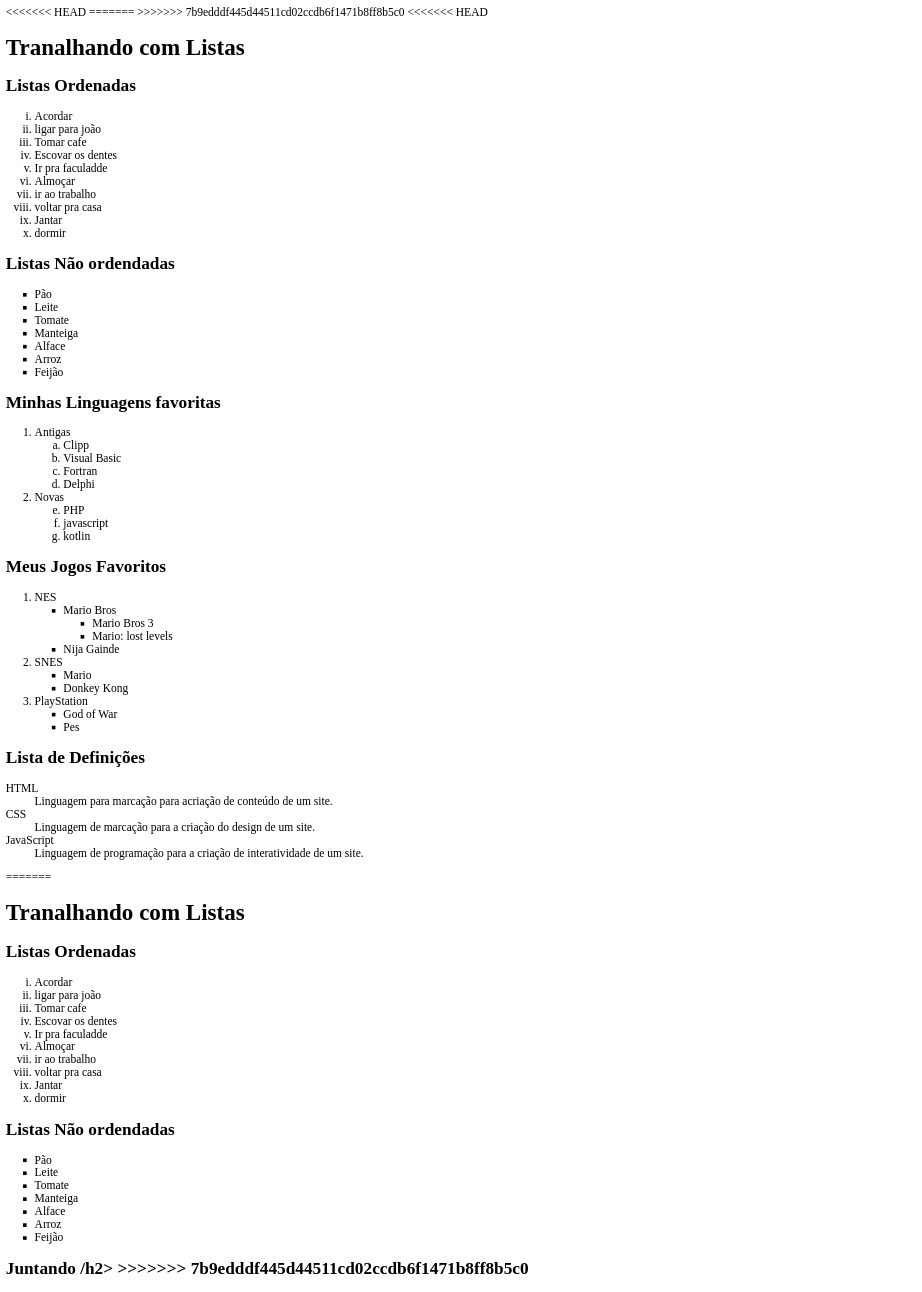
Repository: pheonix5/Estudo
Page: html-css/exercicios/ex009/index.html
These files come from the project's save history. The page is drawn as it stood at one moment and after the next save; the edit follows.
The browser window is 1280 px wide. The pictures show the whole page, at 72% of full size.

Above is the page before, as saved 2023-08-02 15:38:28.

### html-css/exercicios/ex009/index.html
<!DOCTYPE html>
<html lang="pt-br">

<head>
<<<<<<< HEAD
    <meta charset="UTF-8">
    <meta name="viewport" content="width=device-width, initial-scale=1.0">
    <title>Listas</title>
=======
  <meta charset="UTF-8">
  <meta name="viewport" content="width=device-width, initial-scale=1.0">
  <title>Listas</title>
>>>>>>> 7b9edddf445d44511cd02ccdb6f1471b8ff8b5c0
</head>

<body>
<<<<<<< HEAD
    <h1>Tranalhando com Listas</h1>
    <h2>Listas Ordenadas</h2>

    <ol type="i"> <!-- 1 A a I i -->
        <li>Acordar</li>
        <li>ligar para joão</li>
        <li>Tomar cafe</li>
        <li>Escovar os dentes</li>
        <li>Ir pra faculadde</li>
        <li>Almoçar</li>
        <li>ir ao trabalho</li>
        <li>voltar pra casa</li>
        <li>Jantar</li>
        <li>dormir</li>
    </ol>

    <h2>Listas Não ordendadas</h2>
    <ul type="square"> <!-- disc circle square -->
        <li>Pão</li>
        <li>Leite</li>
        <li>Tomate</li>
        <li>Manteiga</li>
        <li>Alface</li>
        <li>Arroz</li>
        <li>Feijão</li>
    </ul>

    <h2>Minhas Linguagens favoritas </h2>
    <ol>
        <li>Antigas</li>
        <ol type="a">
            <li>Clipp</li>
            <li>Visual Basic</li>
            <li>Fortran</li>
            <li>Delphi</li>
        </ol>
        <li>Novas</li>
        <ol type="a" start="5">
            <li>PHP</li>
            <li>javascript</li>
            <li>kotlin</li>
        </ol>
    </ol>

    <h2>Meus Jogos Favoritos </h2>
    <ol>
        <li>NES</li>
        <ul type="square">
            <li>Mario Bros</li>
            <ul type="square">
                <li>Mario Bros 3</li>
                <li>Mario: lost levels</li>
            </ul>
            <li>Nija Gainde</li>
        </ul>
        <li>SNES</li>
        <ul type="square">
            <li>Mario</li>
            <li>Donkey Kong</li>
        </ul>
        <li>PlayStation</li>
        <ul type="square">
            <li>God of War</li>
            <li>Pes</li>
        </ul>
    </ol>

    <h2>Lista de Definições</h2>
    <dl>
        <dt>HTML</dt>
        <dd>Linguagem para marcação para acriação de conteúdo de um site.</dd>
        <dt>CSS</dt>
        <dd>Linguagem de marcação para a criação do design de um site.</dd>
        <dt>JavaScript</dt>
        <dd>Linguagem de programação para a criação de interatividade de um site.</dd>
    </dl>
=======
  <h1>Tranalhando com Listas</h1>
  <h2>Listas Ordenadas</h2>

  <ol type="i"> <!-- 1 A a I i -->
    <li>Acordar</li>
    <li>ligar para joão</li>
    <li>Tomar cafe</li>
    <li>Escovar os dentes</li>
    <li>Ir pra faculadde</li>
    <li>Almoçar</li>
    <li>ir ao trabalho</li>
    <li>voltar pra casa</li>
    <li>Jantar</li>
    <li>dormir</li>
  </ol>

  <h2>Listas Não ordendadas</h2>
  <ul type="square"> <!-- disc circle square -->
    <li>Pão</li>
    <li>Leite</li>
    <li>Tomate</li>
    <li>Manteiga</li>
    <li>Alface</li>
    <li>Arroz</li>
    <li>Feijão</li>
  </ul>

  <h2>Juntando /h2>
</body>
>>>>>>> 7b9edddf445d44511cd02ccdb6f1471b8ff8b5c0
</html>

After the next save:
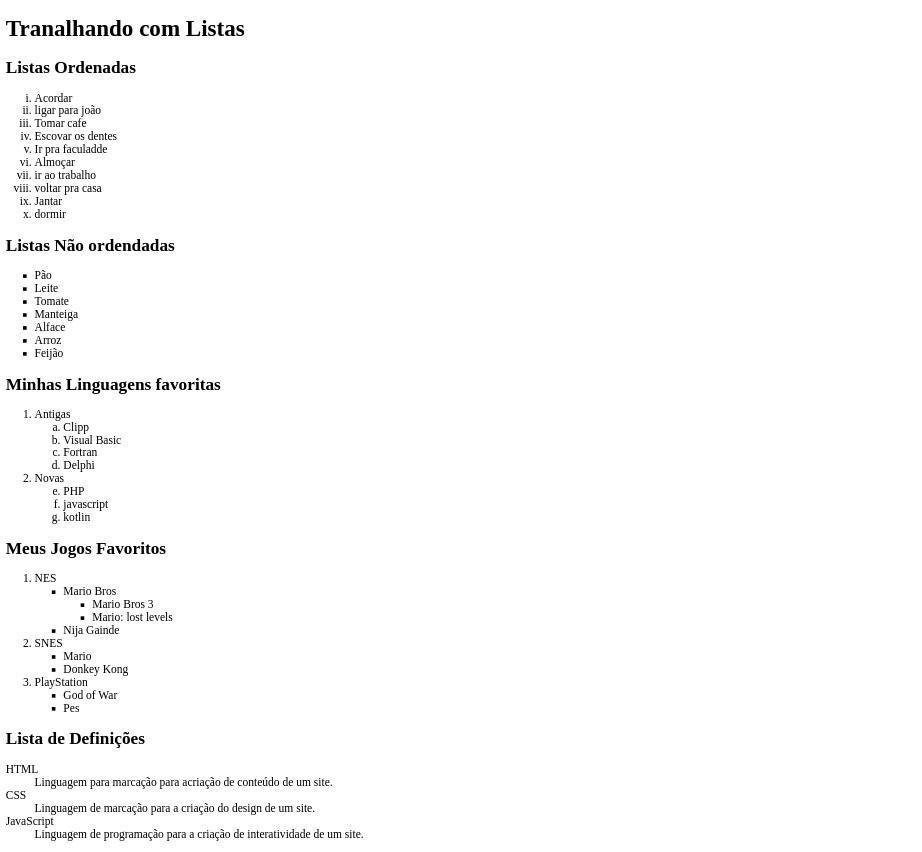
Saved 78 s later.
--- a/html-css/exercicios/ex009/index.html
+++ b/html-css/exercicios/ex009/index.html
@@ -2,19 +2,12 @@
 <html lang="pt-br">
 
 <head>
-<<<<<<< HEAD
     <meta charset="UTF-8">
     <meta name="viewport" content="width=device-width, initial-scale=1.0">
     <title>Listas</title>
-=======
-  <meta charset="UTF-8">
-  <meta name="viewport" content="width=device-width, initial-scale=1.0">
-  <title>Listas</title>
->>>>>>> 7b9edddf445d44511cd02ccdb6f1471b8ff8b5c0
 </head>
 
 <body>
-<<<<<<< HEAD
     <h1>Tranalhando com Listas</h1>
     <h2>Listas Ordenadas</h2>
 
@@ -91,35 +84,4 @@
         <dt>JavaScript</dt>
         <dd>Linguagem de programação para a criação de interatividade de um site.</dd>
     </dl>
-=======
-  <h1>Tranalhando com Listas</h1>
-  <h2>Listas Ordenadas</h2>
-
-  <ol type="i"> <!-- 1 A a I i -->
-    <li>Acordar</li>
-    <li>ligar para joão</li>
-    <li>Tomar cafe</li>
-    <li>Escovar os dentes</li>
-    <li>Ir pra faculadde</li>
-    <li>Almoçar</li>
-    <li>ir ao trabalho</li>
-    <li>voltar pra casa</li>
-    <li>Jantar</li>
-    <li>dormir</li>
-  </ol>
-
-  <h2>Listas Não ordendadas</h2>
-  <ul type="square"> <!-- disc circle square -->
-    <li>Pão</li>
-    <li>Leite</li>
-    <li>Tomate</li>
-    <li>Manteiga</li>
-    <li>Alface</li>
-    <li>Arroz</li>
-    <li>Feijão</li>
-  </ul>
-
-  <h2>Juntando /h2>
-</body>
->>>>>>> 7b9edddf445d44511cd02ccdb6f1471b8ff8b5c0
 </html>
